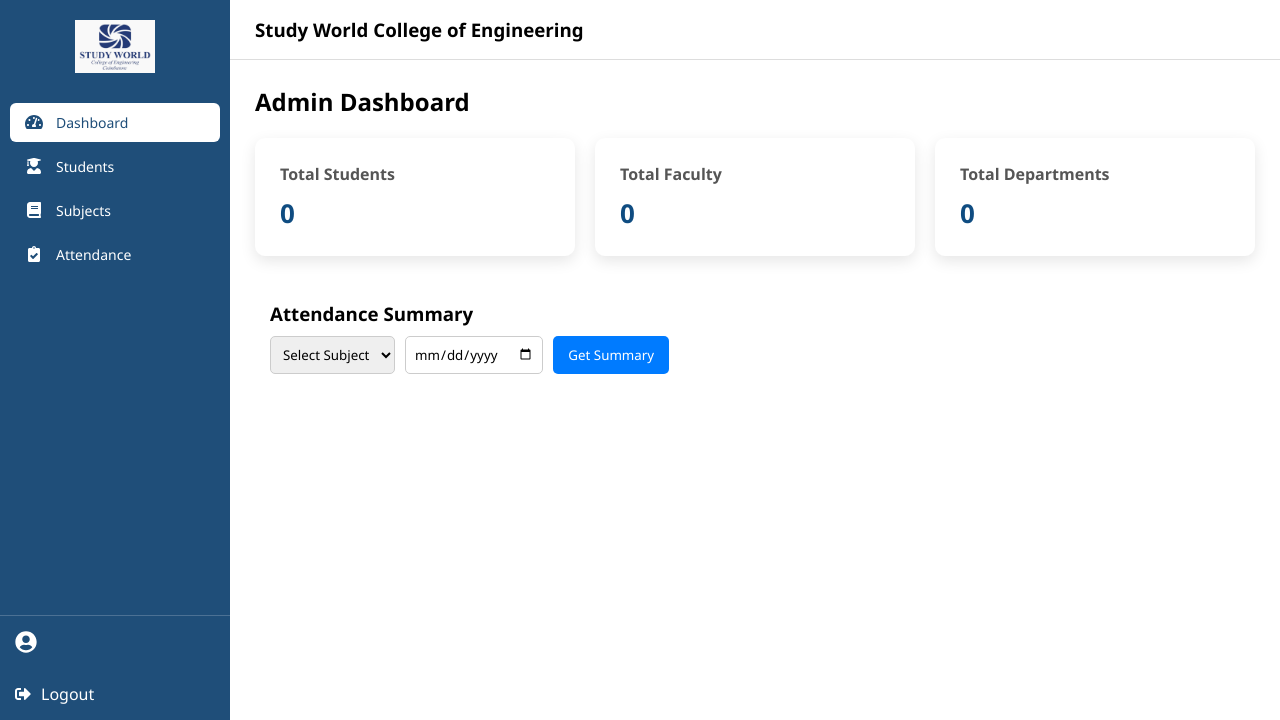
Repository: arthanarieswara/frontend
Page: /dashboard
These files come from the project's save history. The page is drawn as it stood at one moment and after the next save; the edit follows.
The browser window is 1280 px wide. The pictures show the whole page.
The page's requests for data from a server got no answer. The project was rebuilt for these pictures with package versions that can differ from the ones it lists, and the page was loaded fresh each time. No one was signed in, and anything a server would have sent is missing. Also part of the build but not shown: vite.config.js, src/pages/auth/Login.jsx, src/pages/departments/Departments.css, src/pages/departments/Departments.jsx, src/pages/students/Students.css, src/pages/students/Students.jsx, src/pages/faculty/Faculty.css, src/pages/faculty/Faculty.jsx and 8 more.

Above is the page before, as saved 2026-03-30 12:54:42.

After the next save:
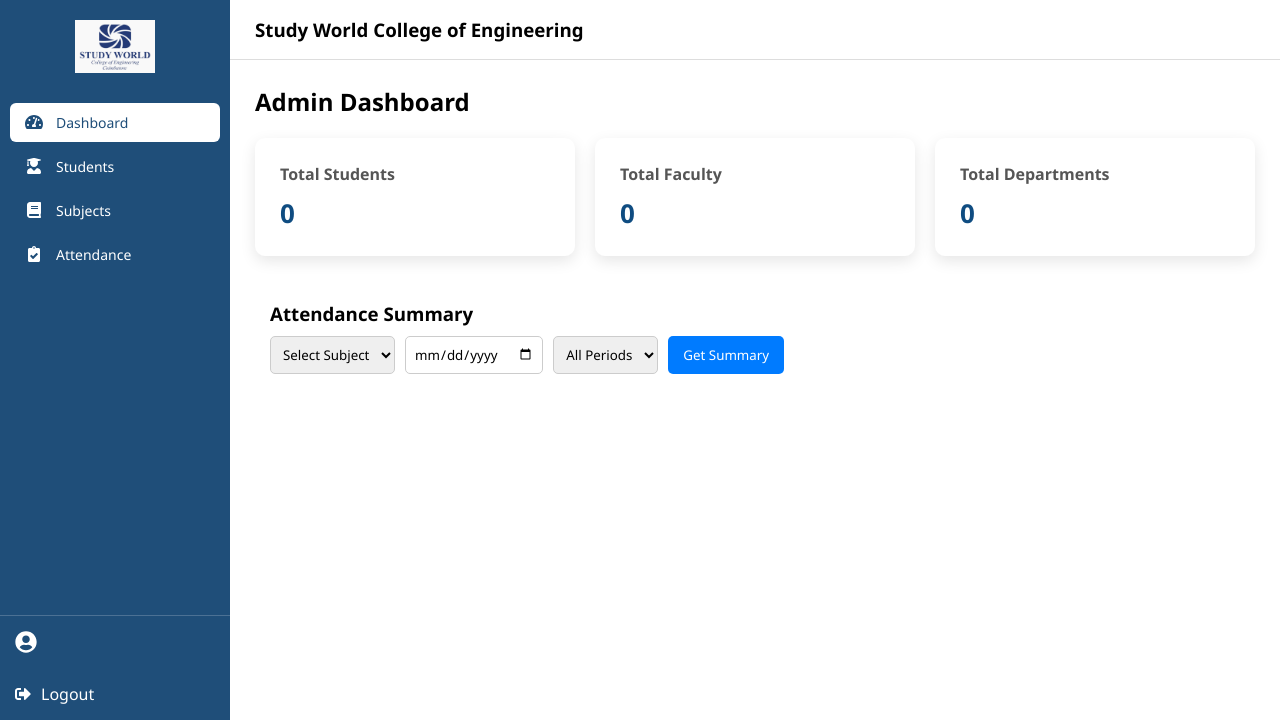
Saved 6 min 24 s later.
--- a/src/pages/dashboard/Dashboard.jsx
+++ b/src/pages/dashboard/Dashboard.jsx
@@ -9,16 +9,16 @@ function Dashboard() {
     students: 0,
     faculty: 0,
     departments: 0,
-    fees: 0
   });
 
   const [subjects, setSubjects] = useState([]);
   const [subject, setSubject] = useState("");
   const [date, setDate] = useState("");
+  const [period, setPeriod] = useState(""); // ✅ NEW
 
   const [attendanceSummary, setAttendanceSummary] = useState(null);
 
-  /* ================= LOAD DASHBOARD ================= */
+  /* ================= INIT ================= */
 
   useEffect(() => {
     fetchDashboard();
@@ -43,7 +43,7 @@ function Dashboard() {
     }
   };
 
-  /* ================= FETCH ATTENDANCE SUMMARY ================= */
+  /* ================= FETCH SUMMARY ================= */
 
   const getAttendanceSummary = async () => {
     if (!subject || !date) {
@@ -52,9 +52,14 @@ function Dashboard() {
     }
 
     try {
-      const res = await api.get(
-        `/attendance/summary?subject_id=${subject}&date=${date}`
-      );
+      let url = `/attendance/summary?subject_id=${subject}&date=${date}`;
+
+      // ✅ ADD PERIOD FILTER
+      if (period) {
+        url += `&period=${period}`;
+      }
+
+      const res = await api.get(url);
 
       setAttendanceSummary(res.data);
 
@@ -98,6 +103,7 @@ function Dashboard() {
 
           <div className="filters">
 
+            {/* SUBJECT */}
             <select
               value={subject}
               onChange={(e) => setSubject(e.target.value)}
@@ -110,11 +116,25 @@ function Dashboard() {
               ))}
             </select>
 
+            {/* DATE */}
             <input
               type="date"
               value={date}
               onChange={(e) => setDate(e.target.value)}
             />
+
+            {/* ✅ PERIOD */}
+            <select
+              value={period}
+              onChange={(e) => setPeriod(e.target.value)}
+            >
+              <option value="">All Periods</option>
+              {[1,2,3,4,5,6,7,8].map((p) => (
+                <option key={p} value={p}>
+                  Period {p}
+                </option>
+              ))}
+            </select>
 
             <button onClick={getAttendanceSummary}>
               Get Summary
